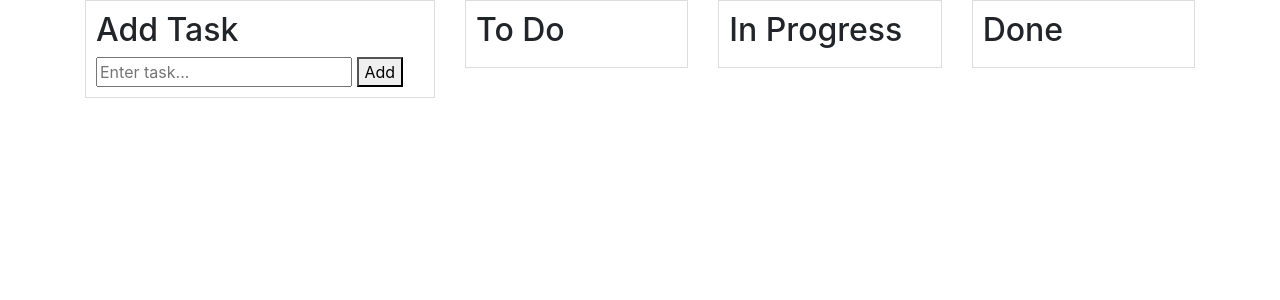
Repository: ZakariaZhlat125/test-rar-it
Page: http://localhost/
The author's editor kept a copy of each file at every save. The page is drawn from the files as they stood at one save, then again after the next save.
The browser window is 1280 px wide. The pictures show the whole page.
Some web libraries are served in a nearby version. The page is run by PHP 8.4 with error messages shown; the project is at /var/www/html/. The database holds what the project's SQL file puts in it.

Above is the page before, as saved 2024-03-01 22:48:52.

After the next save:
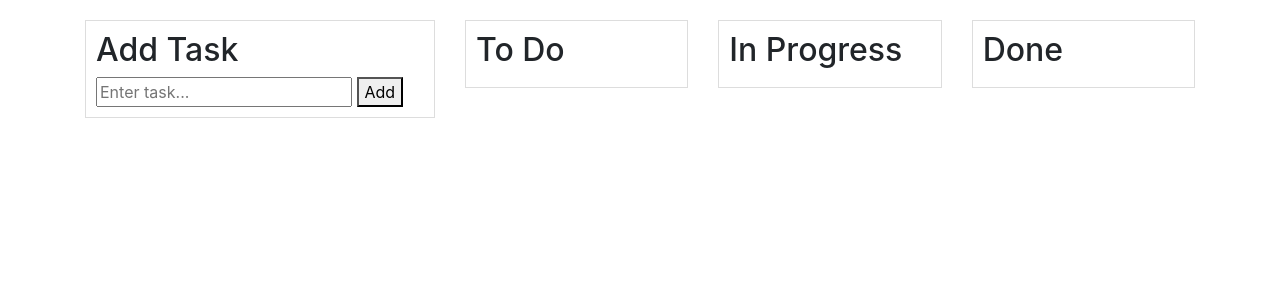
Saved 75 s later.
--- a/styles.css
+++ b/styles.css
@@ -1,4 +1,6 @@
-
+body {
+  margin: 20px;
+}
 .container {
 display: flex;
 flex-direction: column;
